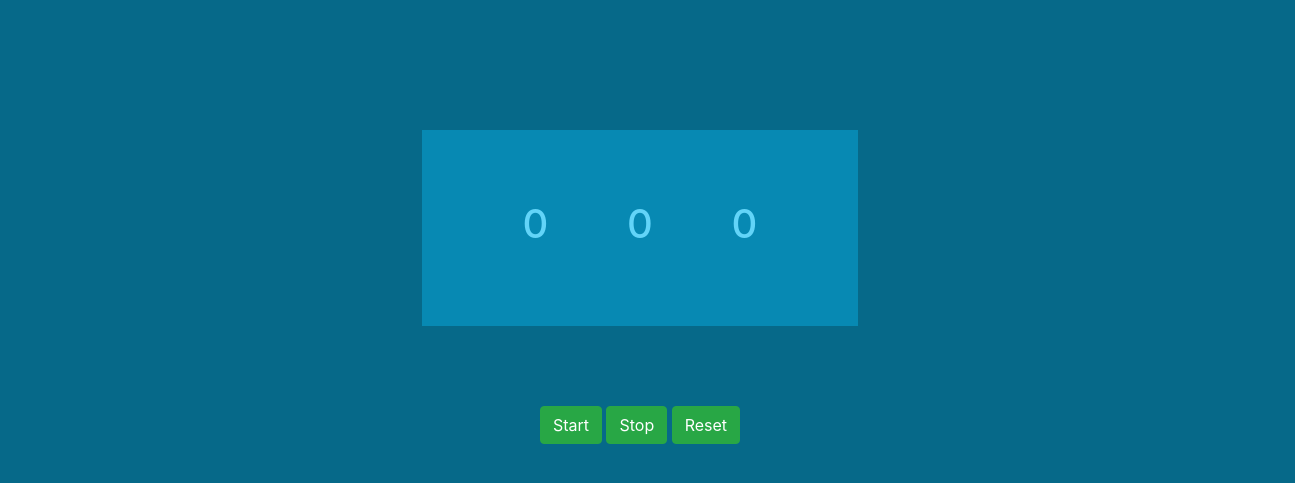
Repository: moiz9265/stopwatch
Page: index.html
An editor plug-in stored every save of this project. The page is shown before and after the next save, followed by the edit.
The browser window is 1280 px wide. The page is 1295 px wide, so the pictures cover 1295 px, including what lies to the right of the window. The pictures show the whole page.

Above is the page before, as saved 2020-07-09 22:59:29.

### index.html
<!DOCTYPE html>
<html lang="en">
  <head>
    <meta charset="utf-8">
    <title>Stop Watch</title>

    <link rel="stylesheet" href="css/bootstrap.min.css">
    <link rel="stylesheet" href="css/style.css" type="text/css">
    <script src="js/app.js">

    </script>
  </head>
  <body>
      <!-- <h1  style="text-align: center;">Stop Watch</h1> -->
        <div class="row" style="margin-top: 80px;">
            <div class="col-md-4">

            </div>
            <div id="maindiv" style=" text-align: center;" class="col-sm-12 col-md-4">
                <h1>0</h1>
                <h1>0</h1>
                <h1>0</h1>
                <!-- <h1>0</h1> -->
            </div>
            <div class="col-md-4">

            </div>

        </div>
        <div class="row" style="margin-top: 80px;">
            <div class="col-md-4">

            </div>
            <div  style=" text-align: center;" class="col-sm-12 col-md-4">
               <button class="btn btn-md btn-success">Start</button>
               <button class="btn btn-md btn-success">Stop</button>
               <button class="btn btn-md btn-success">Reset</button>

            </div>
            <div class="col-md-4">

            </div>

        </div>

  </body>
  <script src="js/jquery-3.2.1.slim.min.js"></script>
  <script src="js/popper.min.js"></script>
  <script src="js/bootstrap.min.js"> </script>
</html>

### css/style.css
body{
    background-color: #066989;
}

#maindiv
{
        margin-top: 50px;
    width: 40%;
    background-color: #0789B3;
    padding-top: 70px;
    padding-bottom: 70px;
    padding-left: 30px;
    padding-right: 30px;


}

h1
{
    display: inline-block;
    width: 100px;
   text-align: center;
   color: #62D4F8;
}

Loaded but not shown: css/bootstrap.min.css (library); js/jquery-3.2.1.slim.min.js (library); js/popper.min.js (library); js/bootstrap.min.js (library); js/app.js (no stored copy; drawn as an empty file)

After the next save:
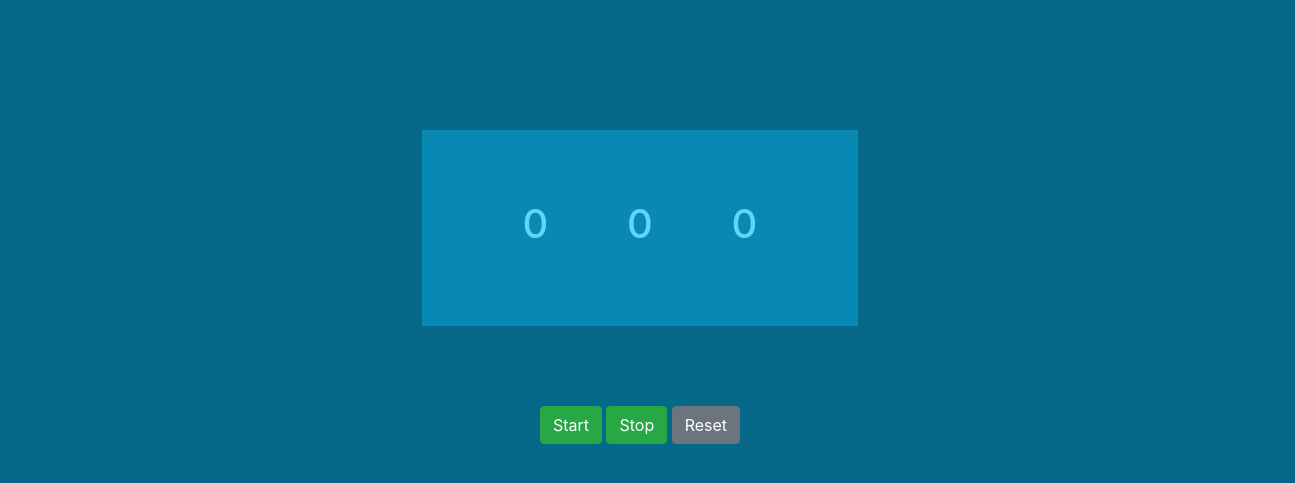
Saved 7 s later.
--- a/index.html
+++ b/index.html
@@ -34,7 +34,7 @@
             <div  style=" text-align: center;" class="col-sm-12 col-md-4">
                <button class="btn btn-md btn-success">Start</button>
                <button class="btn btn-md btn-success">Stop</button>
-               <button class="btn btn-md btn-success">Reset</button>
+               <button class="btn btn-md btn-secondary">Reset</button>
 
             </div>
             <div class="col-md-4">
